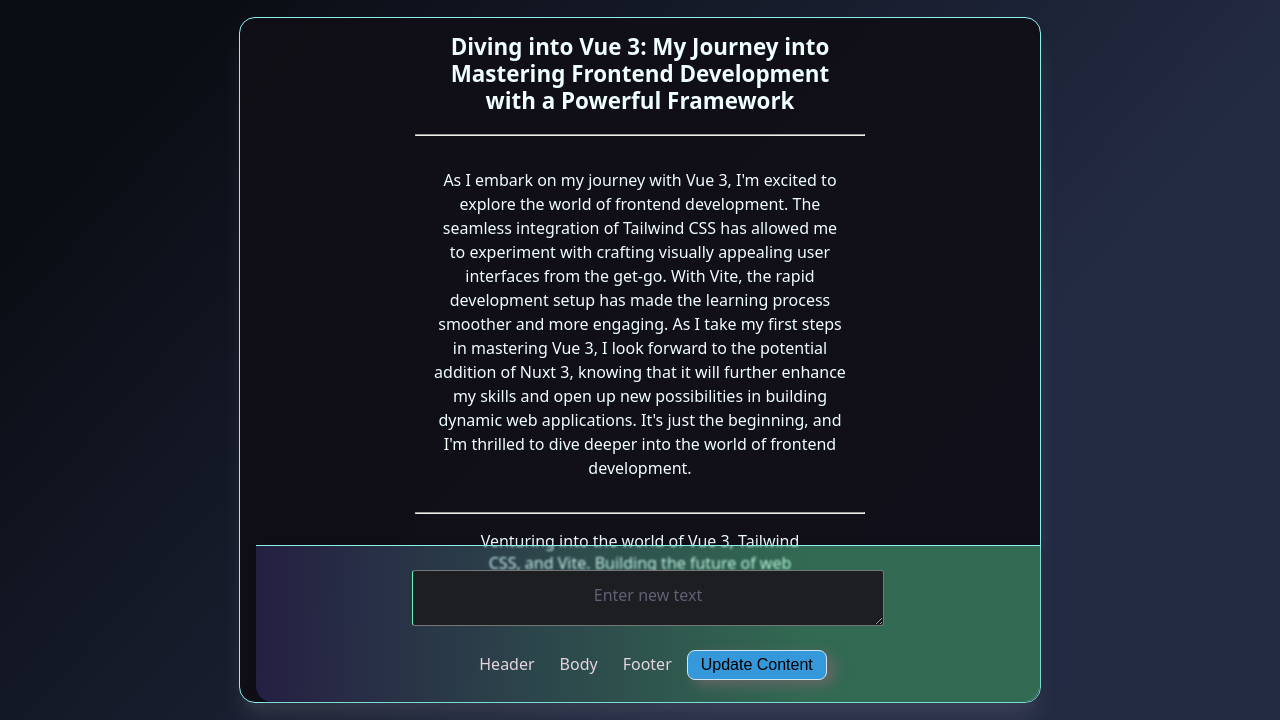
Repository: Freezler/AnnounceCraft
Page: index.html
These files come from the project's save history. The page is drawn as it stood at one moment and after the next save; the edit follows.
The browser window is 1280 px wide. The pictures show the whole page.

Above is the page before, as saved 2024-01-22 14:25:51.

After the next save:
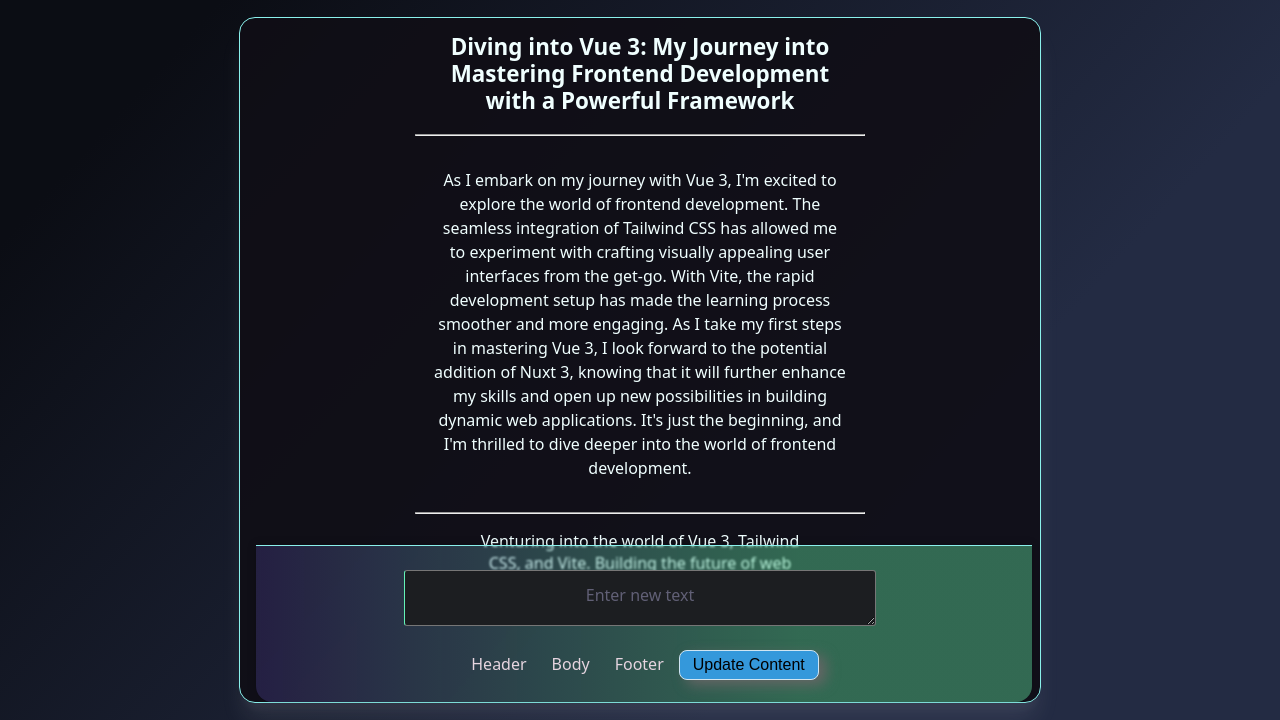
Saved 5 s later.
--- a/style.css
+++ b/style.css
@@ -128,7 +128,7 @@
     border-bottom-right-radius: 16px;
     padding-top: 24px;
     padding-bottom: 16px;
-    padding-left: 8px;
+    padding-left: -8px;
     padding-right: 8px;
     backdrop-filter: blur(1px);
 

After the save that followed:
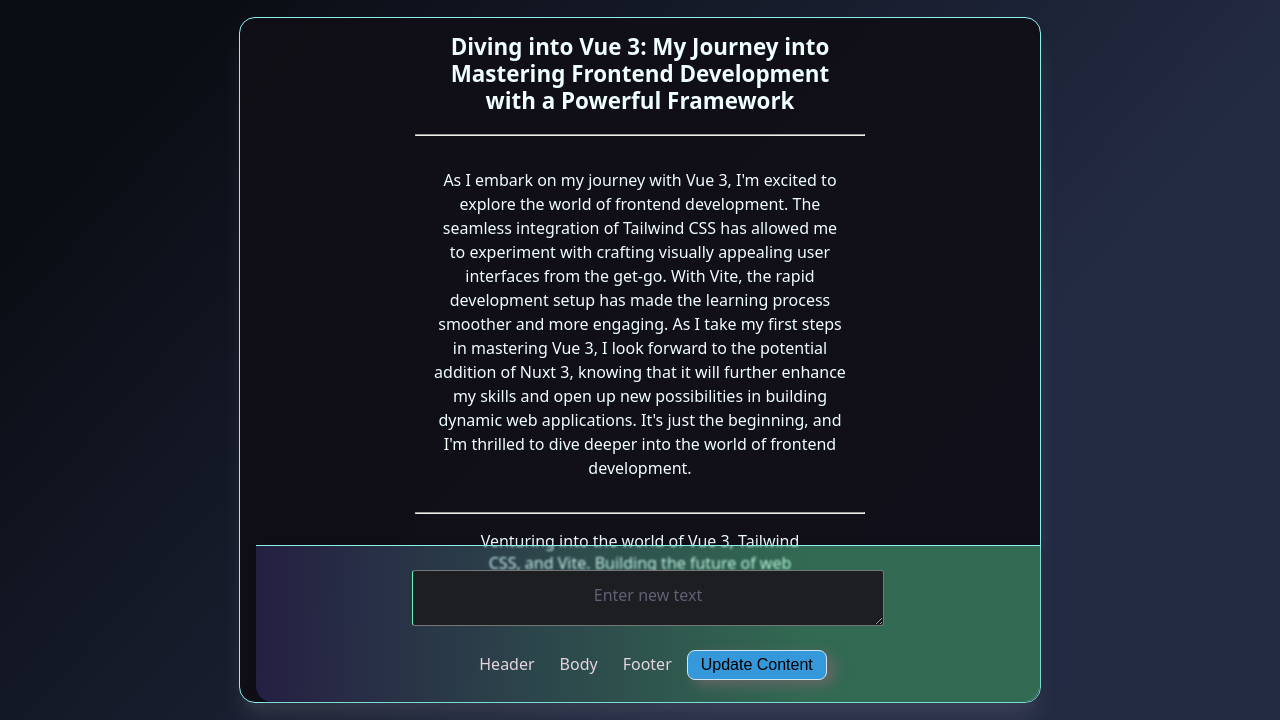
Saved 9 s later.
--- a/style.css
+++ b/style.css
@@ -128,7 +128,7 @@
     border-bottom-right-radius: 16px;
     padding-top: 24px;
     padding-bottom: 16px;
-    padding-left: -8px;
+    padding-left: 8px;
     padding-right: 8px;
     backdrop-filter: blur(1px);
 
